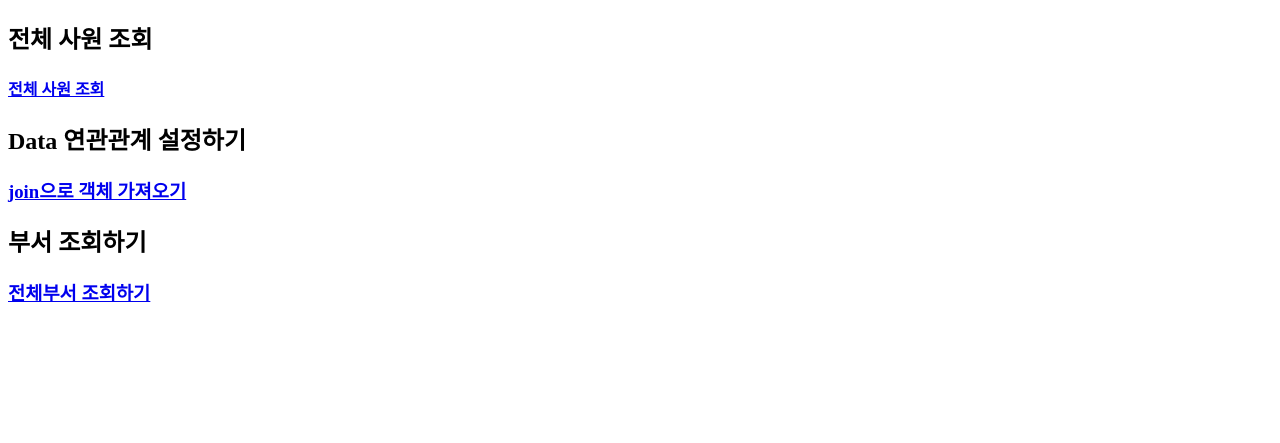
Repository: HSH-1616/JavaAcademy
Page: http://localhost/02_mybatis_dy/
These files come from the project's save history. The page is drawn as it stood at one moment and after the next save; the edit follows.
The browser window is 1280 px wide. The pictures show the whole page.
The page is served by Tomcat 9.

Above is the page before, as saved 2023-07-08 15:22:49.

After the next save:
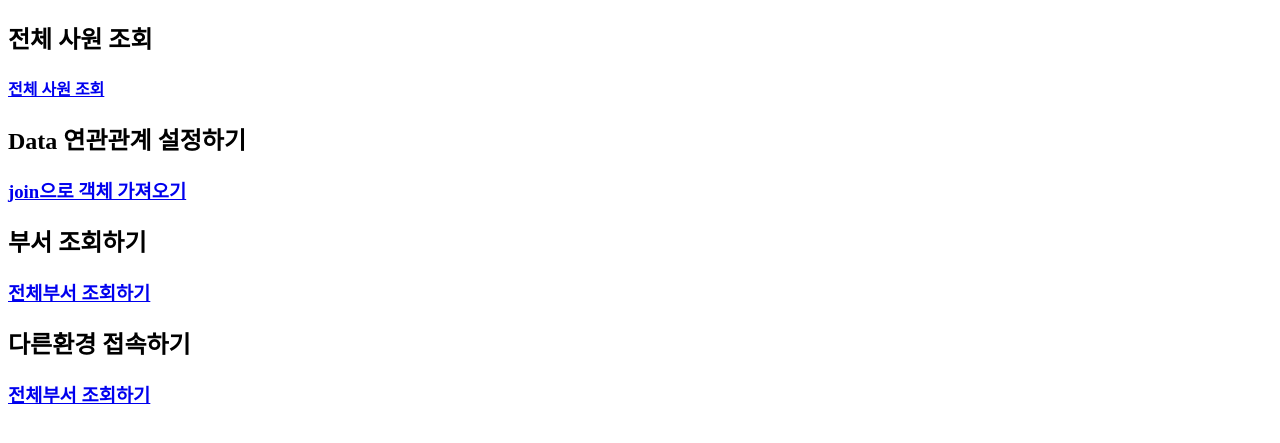
Saved 4 min 23 s later.
--- a/BackEnd/MyBatis/MyBatisWork/02_mybatis_dy/src/main/webapp/index.jsp
+++ b/BackEnd/MyBatis/MyBatisWork/02_mybatis_dy/src/main/webapp/index.jsp
@@ -25,5 +25,10 @@
 		<a href="${path}/selectDeptAll.do">전체부서 조회하기</a>
 	</h3>
 
+	<h2>다른환경 접속하기</h2>
+	<h3>
+		<a href="${path}/member.do">전체부서 조회하기</a>
+	</h3>
+
 </body>
 </html>
